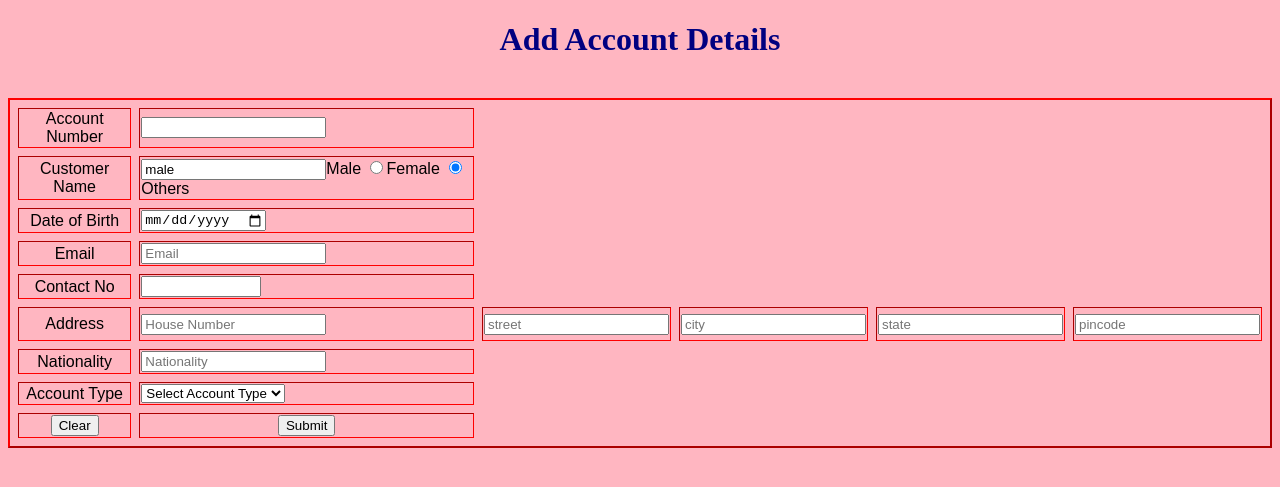
Repository: Rccalfa123/OnlineBankingApp
Page: http://localhost/AlfaAlfaBankApp/updateForm.jsp
These files come from the project's save history. The page is drawn as it stood at one moment and after the next save; the edit follows.
The browser window is 1280 px wide. The pictures show the whole page.
The page is served by Tomcat 9.

Above is the page before, as saved 2018-08-13 12:17:08.

After the next save:
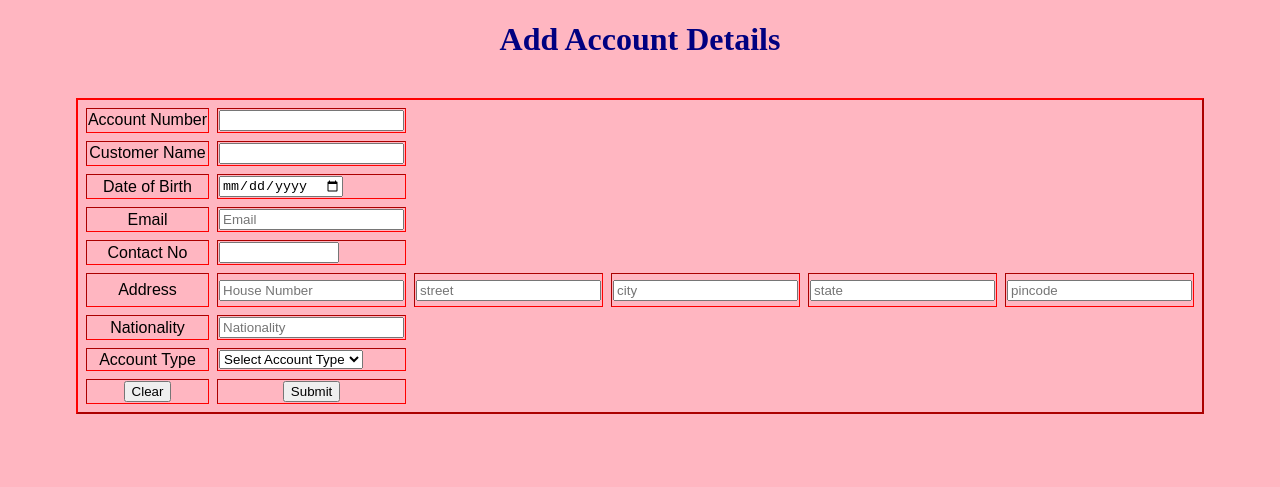
Saved 95 s later.
--- a/AlfaAlfaBankApp/WebContent/updateForm.jsp
+++ b/AlfaAlfaBankApp/WebContent/updateForm.jsp
@@ -44,10 +44,7 @@
 			</tr>
 			<tr>
 				<td align="center">Customer Name</td>
-				<td><input type="text" name="gender" value="male"
-					checked="checked">Male <input type="radio" name="gender"
-					value="female" checked="checked">Female <input type="radio"
-					name="gender" value="others" checked="checked">Others</td>
+				<td><input type="text" name="customerName" required="required" placeholder="${sessionScope.bankAccount.customerName}"></td>
 			</tr>
 			<tr>
 				<td align="center">Date of Birth</td>
